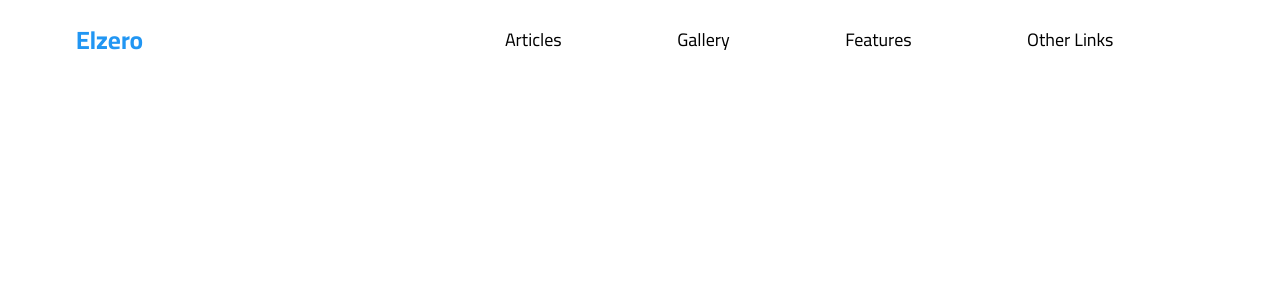
Repository: Toqa-25/elzeroAcdemey-Templete
Page: index.html
These files come from the project's save history. The page is drawn as it stood at one moment and after the next save; the edit follows.
The browser window is 1280 px wide. The pictures show the whole page.

Above is the page before, as saved 2022-01-16 20:53:05.

After the next save:
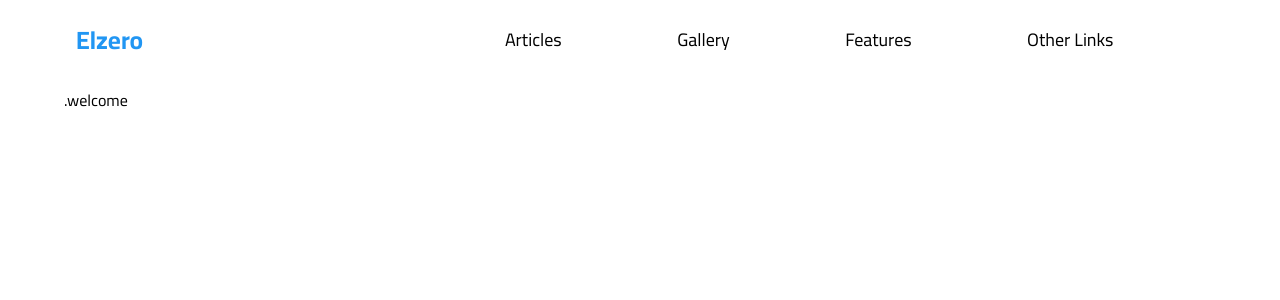
Saved 4 s later.
--- a/index.html
+++ b/index.html
@@ -65,7 +65,7 @@
     <!-- welcom section -->
     <section id="welcome" class="welcome">
         <div class="container">
-
+            .welcome
         </div>
 
     </section>

After the save that followed:
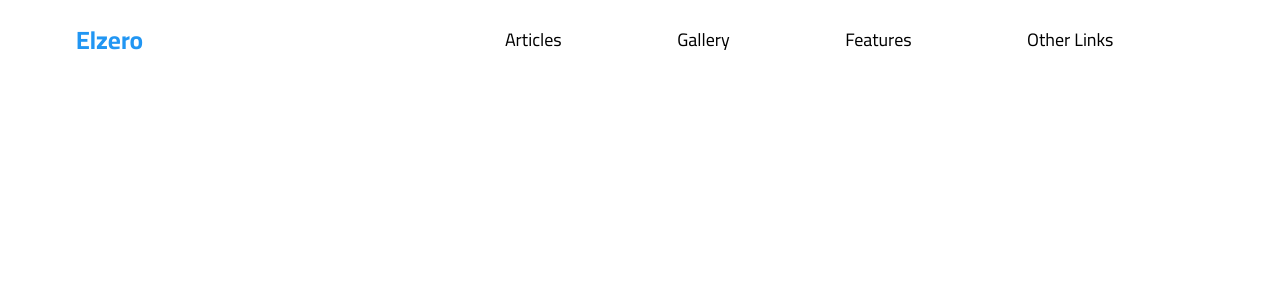
Saved 8 s later.
--- a/index.html
+++ b/index.html
@@ -65,7 +65,9 @@
     <!-- welcom section -->
     <section id="welcome" class="welcome">
         <div class="container">
-            .welcome
+            <div class="welcome-content">
+
+            </div>
         </div>
 
     </section>
